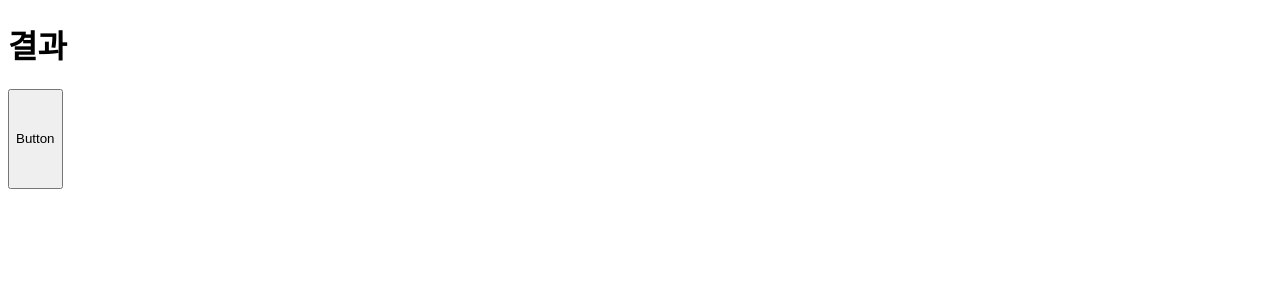
Repository: seula123/JSP
Page: http://localhost/JSPTest/ex09_ok.jsp
An editor plug-in stored every save of this project. The page is shown before and after a run of saves, followed by the edit.
The browser window is 1280 px wide. The pictures show the whole page.
The page is served by Tomcat 9.

Above is the page before, as saved 2023-10-18 01:19:53.

### JSPTest/src/main/webapp/ex09_ok.jsp
<%@ page language="java" contentType="text/html; charset=UTF-8"
    pageEncoding="UTF-8"%>

   <%

   		request.setCharacterEncoding("UTF-8");

   		String width = request.getParameter("width");
   		String height = request.getParameter("height");

   %>
<!DOCTYPE html>
<html>
<head>
<meta charset="UTF-8">
<title>Insert title here</title>
<!-- <link rel="stylesheet" href="http://pinnpublic.dothome.co.kr/cdn/example-min.css"> -->
<style>

	.btn{
		width: <%= width %>px;
		height: 100px;
	}


</style>
</head>
<body>
	<!-- ex09_ok.jsp -->
	<h1>결과</h1>

	<div>
		<button class="btn">Button</button>
	</div>

	<script src="https://code.jquery.com/jquery-1.12.4.js"></script>
	<script src="http://pinnpublic.dothome.co.kr/cdn/example-min.js"></script>

	<script>

	</script>

</body>
</html>

After the next 2 saves:
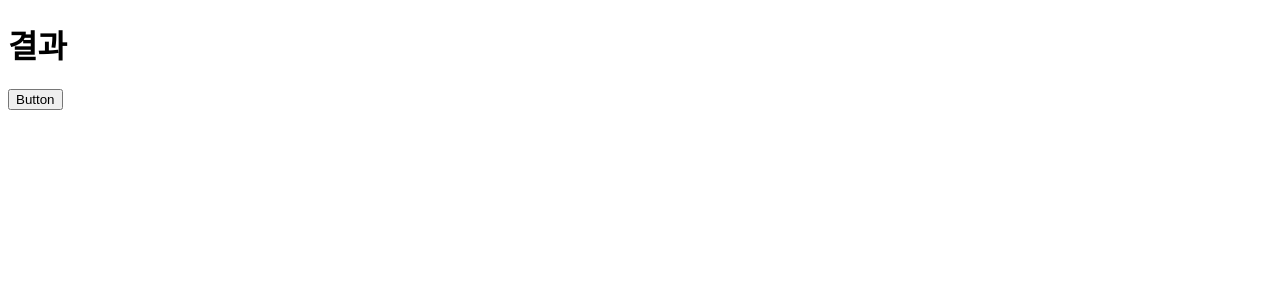
The 2 saves are shown as one change because they came seconds apart.
The last was saved 7 s later.
--- a/JSPTest/src/main/webapp/ex09_ok.jsp
+++ b/JSPTest/src/main/webapp/ex09_ok.jsp
@@ -19,7 +19,7 @@
 
 	.btn{
 		width: <%= width %>px;
-		height: 100px;
+		height: <%= height %>100px;
 	}
 
 
